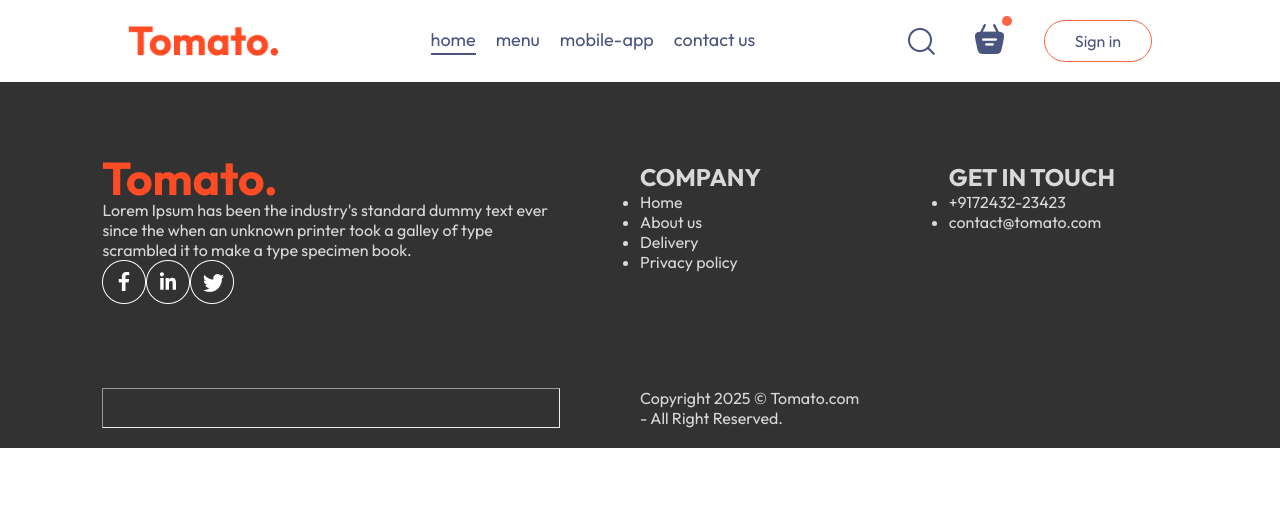
Repository: KartikChouhan03/food-delivery-app
Page: /order (app in frontend/)
The author's editor kept a copy of each file at every save. The page is drawn from the files as they stood at one save, then again after the next save.
The browser window is 1280 px wide. The pictures show the whole page.
Some web fonts or font styles are not loaded; a fallback is used. The project was rebuilt for these pictures with package versions that can differ from the ones it lists, and the page was loaded fresh each time. Also part of the build but not shown: frontend/vite.config.js, frontend/src/components/Header/Header.css, frontend/src/components/Header/Header.jsx, frontend/src/components/ExploreMenu/ExploreMenu.css, frontend/src/components/ExploreMenu/ExploreMenu.jsx, frontend/src/components/FoodDisplay/FoodDisplay.css, frontend/src/components/FoodItem/FoodItem.css, frontend/src/components/FoodItem/FoodItem.jsx and 5 more.

Above is the page before, as saved 2025-08-16 11:04:52.

### frontend/index.html
<!doctype html>
<html lang="en">
  <head>
    <meta charset="UTF-8" />
    <link rel="icon" type="image/svg+xml" href="" />
    <meta name="viewport" content="width=device-width, initial-scale=1.0" />
    <title>Foodify</title>
  </head>
  <body>
    <div id="root"></div>
    <script type="module" src="/src/main.jsx"></script>
  </body>
</html>

### frontend/src/main.jsx
import { createRoot } from 'react-dom/client'
import './index.css'
import App from './App.jsx'
import { BrowserRouter} from 'react-router-dom'
import StoreContextProvider from './context/StoreContext.jsx'


createRoot(document.getElementById('root')).render(
  <BrowserRouter>
    <StoreContextProvider>
      <App />
    </StoreContextProvider>
  </BrowserRouter>


)

### frontend/src/index.css

@import url('https://fonts.googleapis.com/css2?family=Montserrat:ital,wght@0,100..900;1,100..900&family=Outfit:wght@100..900&family=Playfair+Display:ital,wght@0,400..900;1,400..900&display=swap');


*{
  padding: 0;
  margin: 0;
  box-sizing: border-box;
  font-family: Outfit;
}

body{
  min-height: 100vh;
}

a{
  text-decoration: none;
  color: inherit;
}

.app{
  width: 80%;
  margin: auto;
}

@keyframes fadeIn{
  0%{
    opacity: 0;
  }
  100%{
    opacity: 1;
  }
}

### frontend/src/App.jsx
import React from 'react'
import Navbar from './components/Navbar/Navbar'
import { Route, Routes } from 'react-router-dom'
import Home from './pages/Home/Home'
import Cart from './pages/Cart/Cart'
import PlaceOrder from './pages/PlaceOrder/PlaceOrder'
import Footer from './components/Footer/Footer'


const App = () => {
  return (
    <>
      <div className='app'>
        <Navbar/>
        <Routes>
          <Route path="/" element={<Home />} />
          <Route path="/cart" element={<Cart />} />
          <Route path="/order" element={<PlaceOrder/>} />
        </Routes>
      </div>
      <Footer/>
    </>

  )
}

export default App

### frontend/src/context/StoreContext.jsx
import { createContext, useEffect, useState } from "react";
import { food_list } from "../assets/assets";


export const StoreContext = createContext(null)

const StoreContextProvider = (props) =>{

    const [cartItems, setCartItems] = useState({});

    const addToCart =(itemId)=>{
        if(!cartItems[itemId]){
            setCartItems((prev)=>({...prev,[itemId]:1}))
        }
        else{
            setCartItems((prev)=>({...prev,[itemId]:prev[itemId]+1}))
        }
    }

    const removeFromCart =(itemId) =>{
        setCartItems((prev)=>({...prev,[itemId]:prev[itemId]-1}))
    }

    useEffect(()=>{
        console.log(cartItems);
    },[cartItems])


    const contextValue = {
        food_list,
        cartItems,
        setCartItems,
        addToCart,
        removeFromCart,
    }



    return (
        <StoreContext.Provider value ={contextValue}>
            {props.children}
        </StoreContext.Provider>
    )

}

export default StoreContextProvider;

### frontend/src/components/Navbar/Navbar.jsx
import React, { useState } from 'react'
import './Navbar.css'
import {assets} from '../../assets/assets.js'


const Navbar = () => {

  const [menu,setMenu] = useState("home");


  return (
    <div className='navbar'>
      <img className='logo' src={assets.logo} alt="" />
      <ul className='navbar-menu'>
        <li onClick={()=>setMenu("home")} className={menu==="home"?"active":""}>home</li>
        <li onClick={()=>setMenu("menu")} className={menu==="menu"?"active":""}>menu</li>
        <li onClick={()=>setMenu("mobile-app")} className={menu==="mobile-app"?"active":""}>mobile-app</li>
        <li onClick={()=>setMenu("contact-us")} className={menu==="contact-us"?"active":""}>contact us</li>
      </ul>
      <div className="navbar-right">
        <img src={assets.search_icon} alt="" />
        <div className='navbar-search-icon'>
          <img src={assets.basket_icon} alt="" />
          <div className='dot'></div>
        </div>
        <button>Sign in</button>
      </div>
    </div>
  )
}

export default Navbar

### frontend/src/components/Footer/Footer.jsx
import React from 'react'
import './Footer.css'
import { assets } from '../../assets/assets'

const Footer = () => {
  return (
    <div className='footer' id='footer'>
      <div className="footer-content">
        <div className="footer-content-left">
            <img src={assets.logo} alt="" />
            <p>Lorem Ipsum has been the industry's standard dummy text ever since the when an unknown printer took a galley of type scrambled it to make a type specimen book.</p>
            <div className="footer-social-icons">
                <img src={assets.facebook_icon} alt="" />
                <img src={assets.linkedin_icon} alt="" />
                <img src={assets.twitter_icon} alt="" />
            </div>
        </div>
        <div className='footer-content-center'>
            <h2>COMPANY</h2>
            <ul>
                <li>Home</li>
                <li>About us</li>
                <li>Delivery</li>
                <li>Privacy policy</li>
            </ul>
        </div>
        <div className="footer-content-right">
            <h2>GET IN TOUCH</h2>
            <ul>
                <li>+9172432-23423</li>
                <li>contact@tomato.com</li>
            </ul>
        </div>
        <hr />
        <p className='footer-copyright'>Copyright 2025 © Tomato.com - All Right Reserved.</p>
      </div>
    </div>
  )
}

export default Footer

### frontend/src/assets/assets.js
import basket_icon from './basket_icon.png'
import logo from './logo.png'
import header_img from './header_img.png'
import search_icon from './search_icon.png'
import menu_1 from './menu_1.png'
import menu_2 from './menu_2.png'
import menu_3 from './menu_3.png'
import menu_4 from './menu_4.png'
import menu_5 from './menu_5.png'
import menu_6 from './menu_6.png'
import menu_7 from './menu_7.png'
import menu_8 from './menu_8.png'

import food_1 from './food_1.png'
import food_2 from './food_2.png'
import food_3 from './food_3.png'
import food_4 from './food_4.png'
import food_5 from './food_5.png'
import food_6 from './food_6.png'
import food_7 from './food_7.png'
import food_8 from './food_8.png'
import food_9 from './food_9.png'
import food_10 from './food_10.png'
import food_11 from './food_11.png'
import food_12 from './food_12.png'
import food_13 from './food_13.png'
import food_14 from './food_14.png'
import food_15 from './food_15.png'
import food_16 from './food_16.png'
import food_17 from './food_17.png'
import food_18 from './food_18.png'
import food_19 from './food_19.png'
import food_20 from './food_20.png'
import food_21 from './food_21.png'
import food_22 from './food_22.png'
import food_23 from './food_23.png'
import food_24 from './food_24.png'
import food_25 from './food_25.png'
import food_26 from './food_26.png'
import food_27 from './food_27.png'
import food_28 from './food_28.png'
import food_29 from './food_29.png'
import food_30 from './food_30.png'
import food_31 from './food_31.png'
import food_32 from './food_32.png'

import add_icon_white from './add_icon_white.png'
import add_icon_green from './add_icon_green.png'
import remove_icon_red from './remove_icon_red.png'
import app_store from './app_store.png'
import play_store from './play_store.png'
import linkedin_icon from './linkedin_icon.png'
import facebook_icon from './facebook_icon.png'
import twitter_icon from './twitter_icon.png'
import cross_icon from './cross_icon.png'
import selector_icon from './selector_icon.png'
import rating_starts from './rating_starts.png'
import profile_icon from './profile_icon.png'
import bag_icon from './bag_icon.png'
import logout_icon from './logout_icon.png'
import parcel_icon from './parcel_icon.png'

export const assets = {
    logo,
    basket_icon,
    header_img,
    search_icon,
    rating_starts,
    add_icon_green,
    add_icon_white,
    remove_icon_red,
    app_store,
    play_store,
    linkedin_icon,
    facebook_icon,
    twitter_icon,
    cross_icon,
    selector_icon,
    profile_icon,
    logout_icon,
    bag_icon,
    parcel_icon
}

export const menu_list = [
    {
        menu_name: "Salad",
        menu_image: menu_1
    },
    {
        menu_name: "Rolls",
        menu_image: menu_2
    },
    {
        menu_name: "Deserts",
        menu_image: menu_3
    },
    {
        menu_name: "Sandwich",
        menu_image: menu_4
    },
    {
        menu_name: "Cake",
        menu_image: menu_5
    },
    {
        menu_name: "Pure Veg",
        menu_image: menu_6
    },
    {
        menu_name: "Pasta",
        menu_image: menu_7
    },
    {
        menu_name: "Noodles",
        menu_image: menu_8
    }]

export const food_list = [
    {
        _id: "1",
        name: "Greek salad",
        image: food_1,
        price: 12,
        description: "Food provides essential nutrients for overall health and well-being",
        category: "Salad"
    },
    {
        _id: "2",
        name: "Veg salad",
        image: food_2,
        price: 18,
        description: "Food provides essential nutrients for overall health and well-being",
        category: "Salad"
    }, {
        _id: "3",
        name: "Clover Salad",
        image: food_3,
        price: 16,
        description: "Food provides essential nutrients for overall health and well-being",
        category: "Salad"
    }, {
        _id: "4",
        name: "Chicken Salad",
        image: food_4,
        price: 24,
        description: "Food provides essential nutrients for overall health and well-being",
        category: "Salad"
    }, {
        _id: "5",
        name: "Lasagna Rolls",
        image: food_5,
        price: 14,
        description: "Food provides essential nutrients for overall health and well-being",
        category: "Rolls"
    }, {
        _id: "6",
        name: "Peri Peri Rolls",
        image: food_6,
        price: 12,
        description: "Food provides essential nutrients for overall health and well-being",
        category: "Rolls"
    }, {
        _id: "7",
        name: "Chicken Rolls",
        image: food_7,
        price: 20,
        description: "Food provides essential nutrients for overall health and well-being",
        category: "Rolls"
    }, {
        _id: "8",
        name: "Veg Rolls",
        image: food_8,
        price: 15,
        description: "Food provides essential nutrients for overall health and well-being",
        category: "Rolls"
    }, {
        _id: "9",
        name: "Ripple Ice Cream",
        image: food_9,
        price: 14,
        description: "Food provides essential nutrients for overall health and well-being",
        category: "Deserts"
    }, {
        _id: "10",
        name: "Fruit Ice Cream",
        image: food_10,
        price: 22,
        description: "Food provides essential nutrients for overall health and well-being",
        category: "Deserts"
    }, {
        _id: "11",
        name: "Jar Ice Cream",
        image: food_11,
        price: 10,
        description: "Food provides essential nutrients for overall health and well-being",
        category: "Deserts"
    }, {
        _id: "12",
        name: "Vanilla Ice Cream",
        image: food_12,
        price: 12,
        description: "Food provides essential nutrients for overall health and well-being",
        category: "Deserts"
    },
    {
        _id: "13",
        name: "Chicken Sandwich",
        image: food_13,
        price: 12,
        description: "Food provides essential nutrients for overall health and well-being",
        category: "Sandwich"
    },
    {
        _id: "14",
        name: "Vegan Sandwich",
        image: food_14,
        price: 18,
        description: "Food provides essential nutrients for overall health and well-being",
        category: "Sandwich"
    }, {
        _id: "15",
        name: "Grilled Sandwich",
        image: food_15,
        price: 16,
        description: "Food provides essential nutrients for overall health and well-being",
        category: "Sandwich"
    }, {
        _id: "16",
        name: "Bread Sandwich",
        image: food_16,
        price: 24,
        description: "Food provides essential nutrients for overall health and well-being",
        category: "Sandwich"
    }, {
        _id: "17",
        name: "Cup Cake",
        image: food_17,
        price: 14,
        description: "Food provides essential nutrients for overall health and well-being",
        category: "Cake"
    }, {
        _id: "18",
        name: "Vegan Cake",
        image: food_18,
        price: 12,
        description: "Food provides essential nutrients for overall health and well-being",
        category: "Cake"
    }, {
        _id: "19",
        name: "Butterscotch Cake",
        image: food_19,
        price: 20,
        description: "Food provides essential nutrients for overall health and well-being",
        category: "Cake"
    }, {
        _id: "20",
        name: "Sliced Cake",
        image: food_20,
        price: 15,
        description: "Food provides essential nutrients for overall health and well-being",
        category: "Cake"
    }, {
        _id: "21",
        name: "Garlic Mushroom ",
        image: food_21,
        price: 14,
        description: "Food provides essential nutrients for overall health and well-being",
        category: "Pure Veg"
    }, {
        _id: "22",
        name: "Fried Cauliflower",
        image: food_22,
        price: 22,
        description: "Food provides essential nutrients for overall health and well-being",
        category: "Pure Veg"
    }, {
        _id: "23",
        name: "Mix Veg Pulao",
        image: food_23,
        price: 10,
        description: "Food provides essential nutrients for overall health and well-being",
        category: "Pure Veg"
    }, {
        _id: "24",
        name: "Rice Zucchini",
        image: food_24,
        price: 12,
        description: "Food provides essential nutrients for overall health and well-being",
        category: "Pure Veg"
    },
    {
        _id: "25",
        name: "Cheese Pasta",
        image: food_25,
        price: 12,
        description: "Food provides essential nutrients for overall health and well-being",
        category: "Pasta"
    },
    {
        _id: "26",
        name: "Tomato Pasta",
        image: food_26,
        price: 18,
        description: "Food provides essential nutrients for overall health and well-being",
        category: "Pasta"
    }, {
        _id: "27",
        name: "Creamy Pasta",
        image: food_27,
        price: 16,
        description: "Food provides essential nutrients for overall health and well-being",
        category: "Pasta"
    }, {
        _id: "28",
        name: "Chicken Pasta",
        image: food_28,
        price: 24,
        description: "Food provides essential nutrients for overall health and well-being",
        category: "Pasta"
    }, {
        _id: "29",
        name: "Buttter Noodles",
        image: food_29,
        price: 14,
        description: "Food provides essential nutrients for overall health and well-being",
        category: "Noodles"
    }, {
        _id: "30",
        name: "Veg Noodles",
        image: food_30,
        price: 12,
        description: "Food provides essential nutrients for overall health and well-being",
        category: "Noodles"
    }, {
        _id: "31",
        name: "Somen Noodles",
        image: food_31,
        price: 20,
        description: "Food provides essential nutrients for overall health and well-being",
        category: "Noodles"
    }, {
        _id: "32",
        name: "Cooked Noodles",
        image: food_32,
        price: 15,
        description: "Food provides essential nutrients for overall health and well-being",
        category: "Noodles"
    }
]

### frontend/src/components/Navbar/Navbar.css
.navbar{
    padding: 20px 0px;
    display: flex;
    justify-content: space-between;
    align-items: center;
}

.navbar .logo{
    width: 150px;
}

.navbar-menu{
    display: flex;
    list-style: none;
    gap: 20px;
    color: #49557e;
    font-size: 18px;
}

.navbar-right{
    display: flex;
    align-items: center;
    gap: 40px;
}

.navbar button{
    background: transparent;
    font-size: 16px;
    color: #49557e;
    border: 1px solid tomato;
    padding: 10px 30px;
    border-radius: 50px;
    cursor: pointer;
    transition: 0.4s;
}

.navbar button:hover{
    background-color: #fff4f2;
}

.navbar .active{
    padding-bottom: 2px;
    border-bottom: 2px solid #49557e;
}

.navbar li{
    cursor: pointer;
}

.navbar-search-icon {
    position: relative;
}

.navbar-search-icon .dot{
    position: absolute;
    min-width: 10px;
    min-height: 10px;
    background-color: tomato;
    border-radius:5px ;
    top: -8px;
    right: -8px;
}

### frontend/src/components/Footer/Footer.css
.footer{
    color: #d9d9d9;
    background-color: #323232;
    display: flex;
    flex-direction: column;
    align-items: center;
    gap: 20px;
    padding: 20px 8vw;
    padding-top: 80px ;

}

.footer-content{
    width: 100%;
    display: grid;
    grid-template-columns: 2fr 1fr 1fr;
    gap: 80px;
}

Loaded but not shown: frontend/src/pages/PlaceOrder/PlaceOrder.jsx (common file); frontend/src/pages/Home/Home.css (no stored copy; drawn as an empty file)

After the next save:
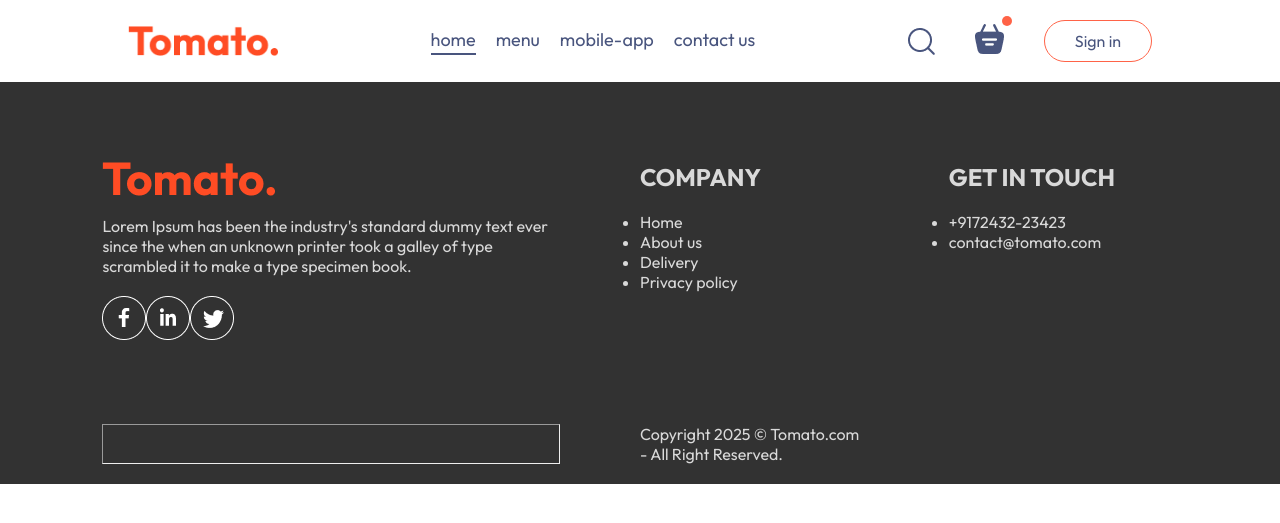
Saved 113 s later.
--- a/frontend/src/components/Footer/Footer.css
+++ b/frontend/src/components/Footer/Footer.css
@@ -16,3 +16,10 @@
     grid-template-columns: 2fr 1fr 1fr;
     gap: 80px;
 }
+
+.footer-content-left, .footer-content-right, .footer-content-center{
+    display: flex;
+    flex-direction: column;
+    align-items:start ;
+    gap: 20px;
+}
